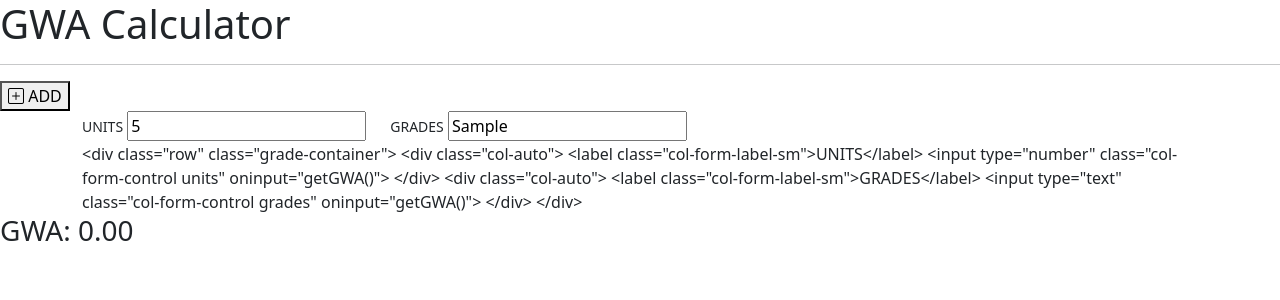
Repository: yonora/GWACalculator
Page: index.html
These files come from the project's save history. The page is drawn as it stood at one moment and after the next save; the edit follows.
The browser window is 1280 px wide. The pictures show the whole page.
Empty fields were first filled with sample values (such as "Sample", 5 or name@example.com).
After loading, the first visible `button.col-auto` was clicked once.

Above is the page before, as saved 2025-01-05 22:40:22.

After the next save:
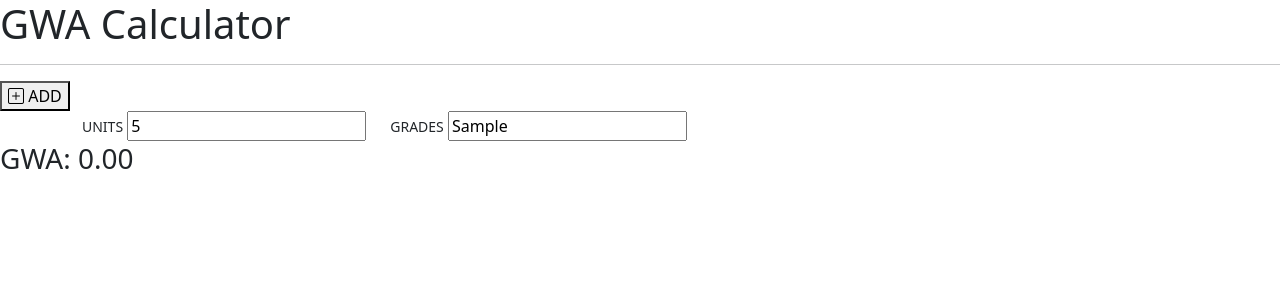
Console error: TypeError: Failed to execute 'appendChild' on 'Node': parameter 1 is not of type 'Node'.
Saved 13 s later.
--- a/js.js
+++ b/js.js
@@ -1,6 +1,6 @@
 function add(){
     const container = document.getElementById('container');
-    container.append(
+    container.appendChild(
         `<div class="row" class="grade-container">
             <div class="col-auto">
                 <label class="col-form-label-sm">UNITS</label>

After the save that followed:
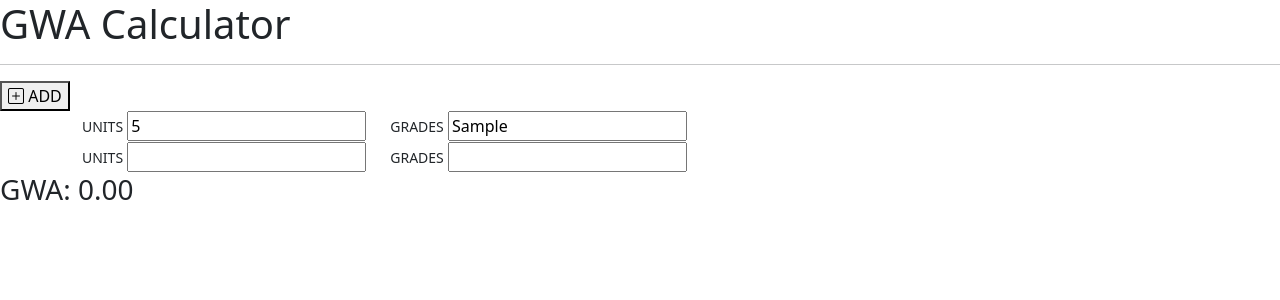
The error is gone.
Saved 109 s later.
--- a/js.js
+++ b/js.js
@@ -1,6 +1,7 @@
 function add(){
     const container = document.getElementById('container');
-    container.appendChild(
+    container.insertAdjacentHTML(
+        'beforeend',
         `<div class="row" class="grade-container">
             <div class="col-auto">
                 <label class="col-form-label-sm">UNITS</label>
